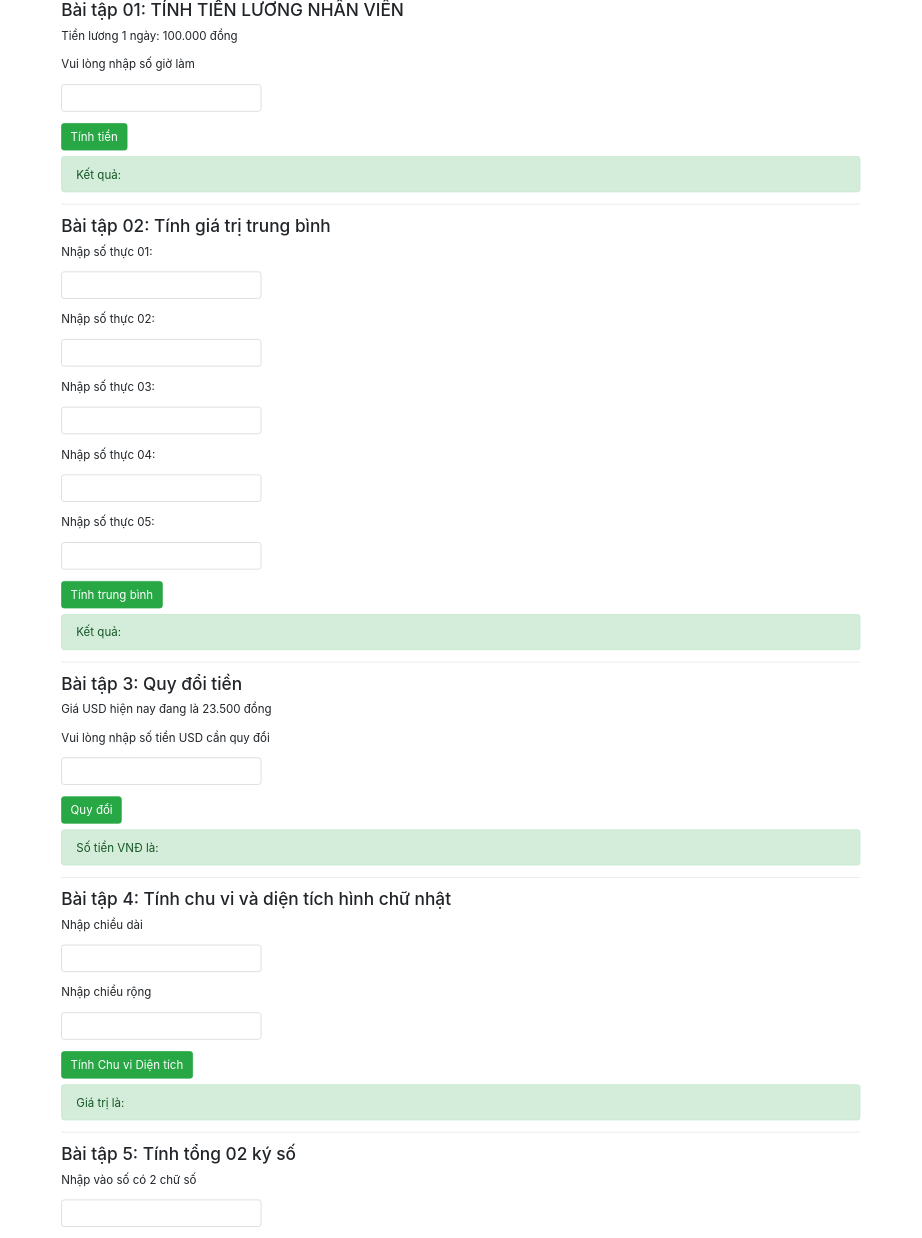
Repository: ducdatit2002/javascript-tinh-day13
Page: index.html
These files come from the project's save history. The page is drawn as it stood at one moment and after the next save; the edit follows.
The browser window is 1280 px wide. The pictures show the whole page, at 72% of full size.

Above is the page before, as saved 2023-08-14 00:52:50.

After the next save:
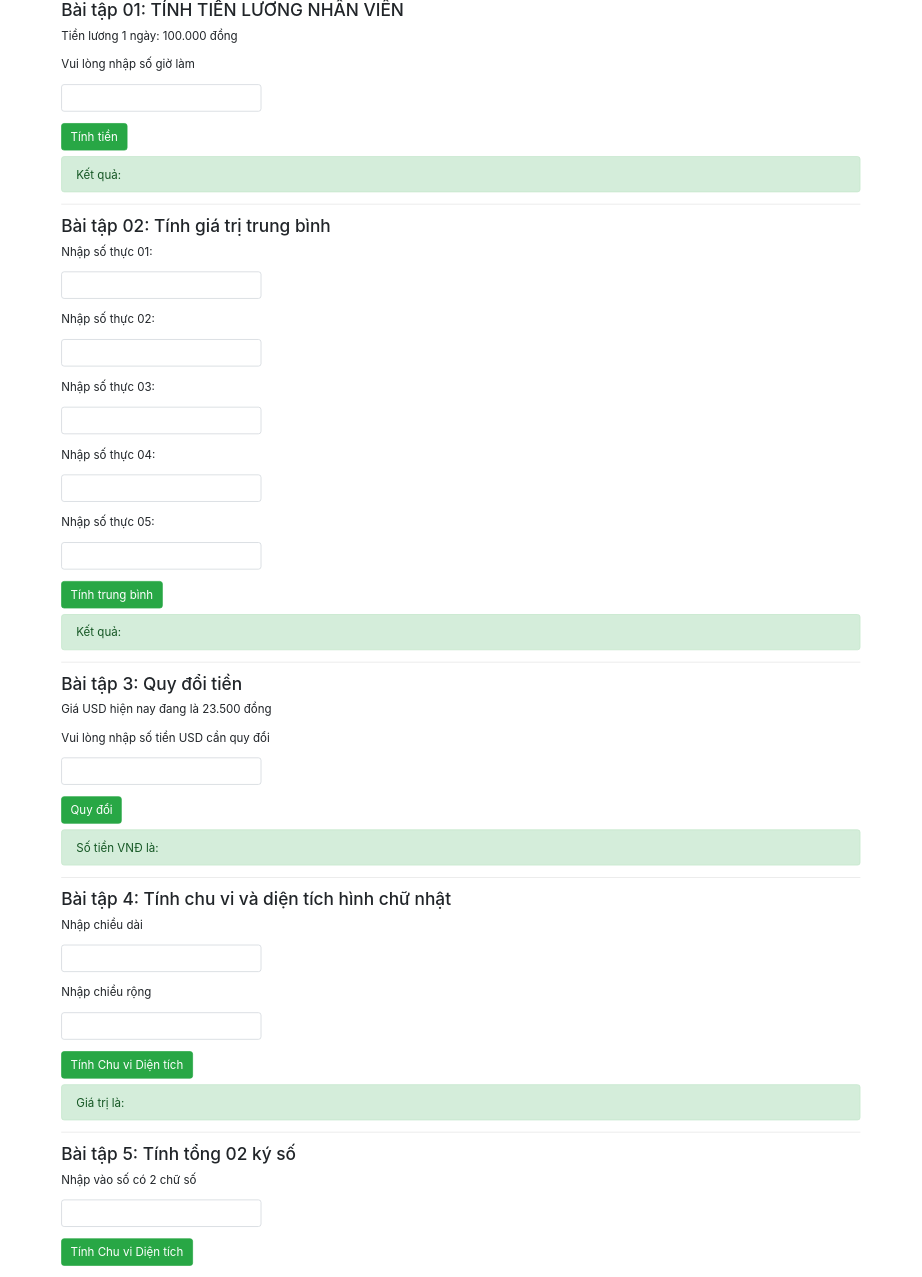
Saved 4 s later.
--- a/index.html
+++ b/index.html
@@ -122,7 +122,9 @@
           <p>Nhập vào số có 2 chữ số</p>
           <input id="so2Chuso" class="form-control w-25" />
         </div>
-
+        <button onclick="tinhChuviDientich()" id="btnCVDT" class="btn btn-success">
+            Tính Chu vi Diện tích
+          </button>
       </div>
     </div>
 
